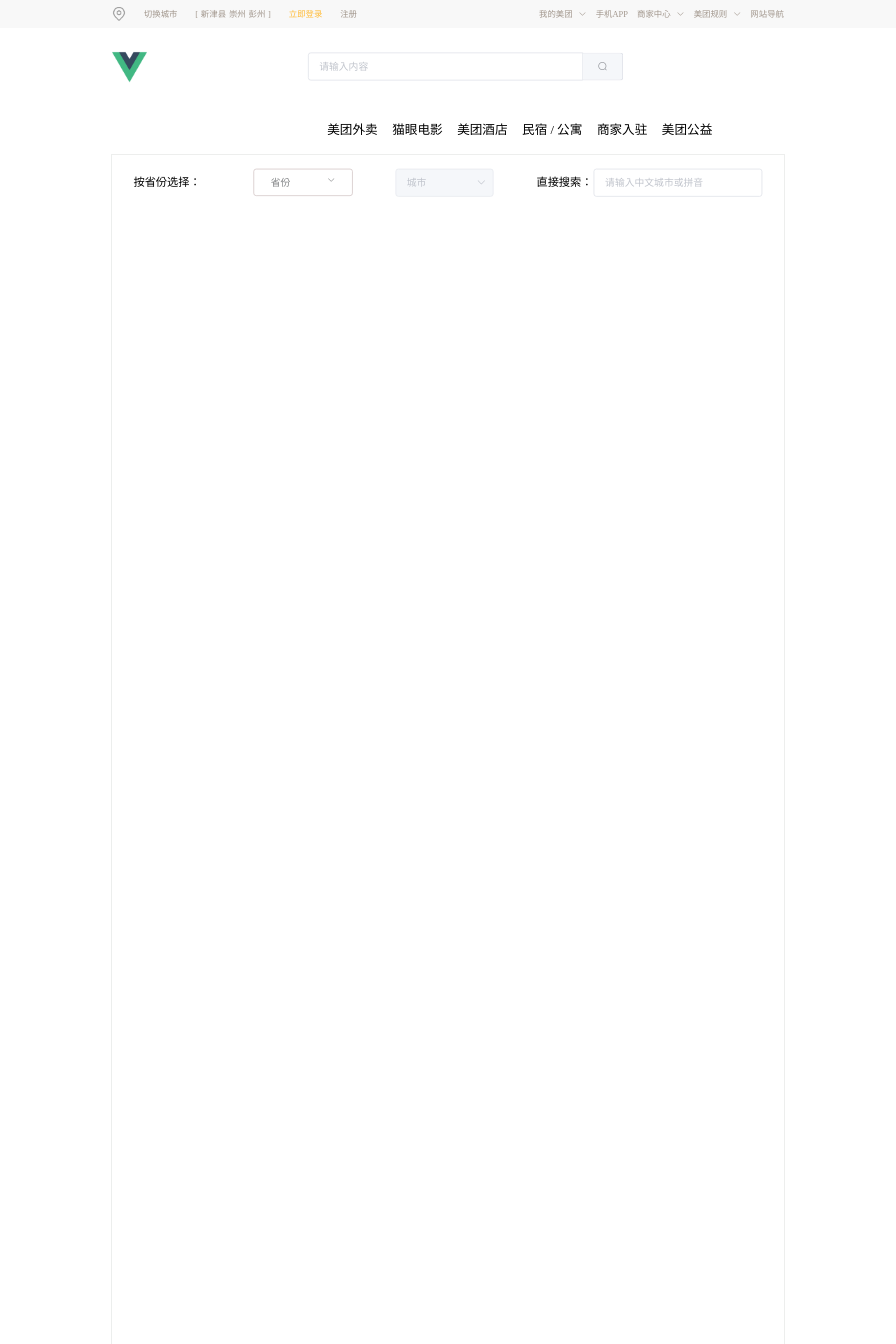
Repository: Wu-Tong-Xian/EasyMeituan
Page: /citySelection
The author's editor kept a copy of each file at every save. The page is drawn from the files as they stood at one save, then again after the next save.
The browser window is 1280 px wide. The pictures show the part of the page from y = 0 to 1920 px (the page is 2764 px tall), at 70% of full size.
The page's requests for data from a server got no answer. The project was rebuilt for these pictures with package versions that can differ from the ones it lists, and the page was loaded fresh each time. No one was signed in, and anything a server would have sent is missing. Also part of the build but not shown: vue.config.js, src/components/home/sortingRotations.vue, src/components/home/stylish.vue, src/views/Home.vue.

Above is the page before, as saved 2020-08-25 10:57:32.

After the next save:
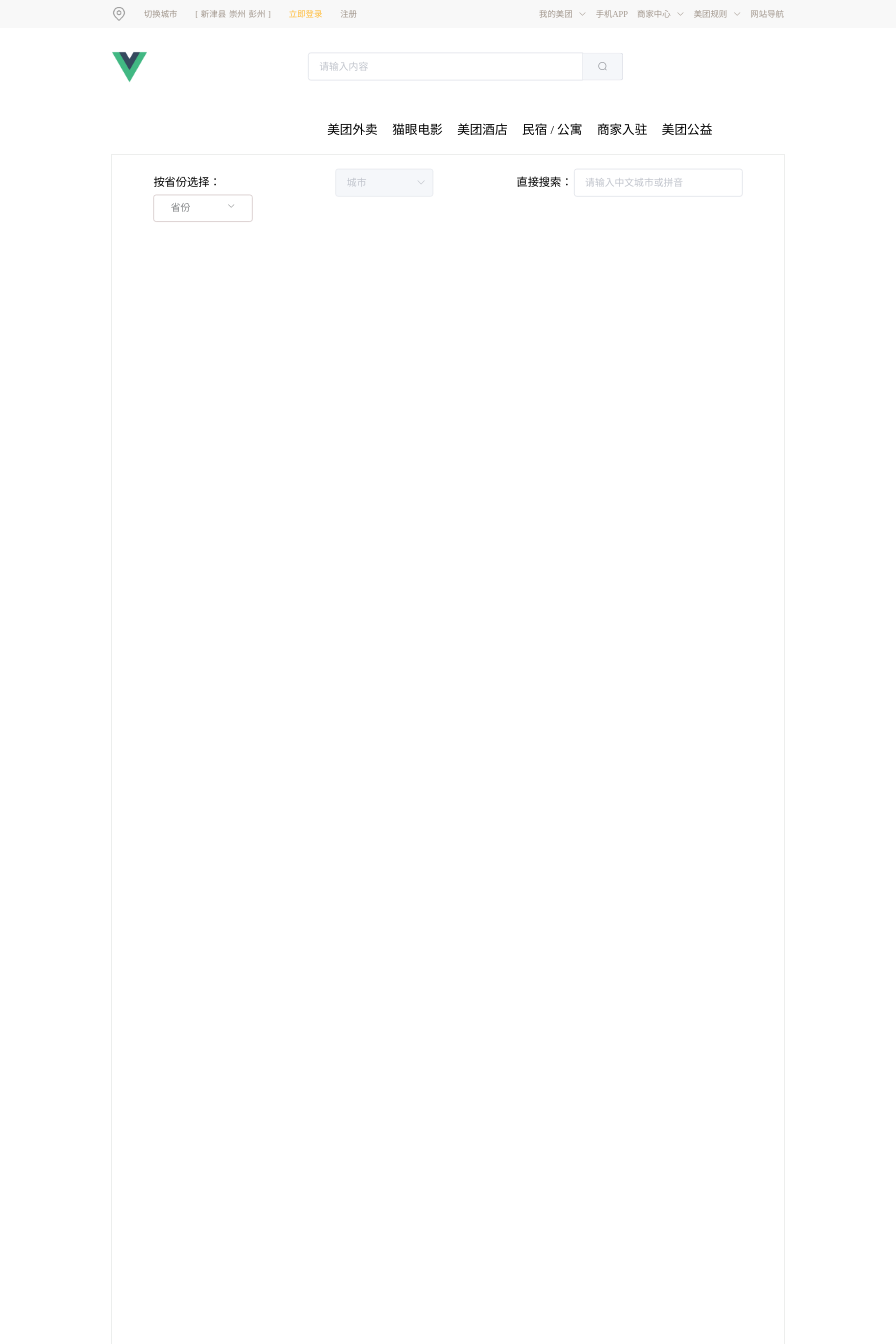
Saved 32 s later.
--- a/src/views/citySelection/citySelection.vue
+++ b/src/views/citySelection/citySelection.vue
@@ -2,26 +2,28 @@
 <div>
   <div class="w960">
     <div class="fl j-around mg-tb20">
-      <div class="box1">按省份选择：</div>
-      <el-row>
-        <el-col :span="12">
-          <el-dropdown trigger="click">
-            <span class="el-dropdown-link">
-              <div class="sf fl j-around">
-                <div>省份</div>
-                <i class="el-icon-arrow-down el-icon--right"></i>
-              </div>
-            </span>
-            <el-dropdown-menu slot="dropdown">
-              <div class="name-box fl-wrap fl">
-                <div v-for="item in province" :key="item.id " class>
-                  <div class="fz12 colg mg10">{{item.name}}</div>
+      <div>
+        <div class="box1">按省份选择：</div>
+        <el-row>
+          <el-col :span="12">
+            <el-dropdown trigger="click">
+              <span class="el-dropdown-link">
+                <div class="sf fl j-around">
+                  <div>省份</div>
+                  <i class="el-icon-arrow-down el-icon--right"></i>
                 </div>
-              </div>
-            </el-dropdown-menu>
-          </el-dropdown>
-        </el-col>
-      </el-row>
+              </span>
+              <el-dropdown-menu slot="dropdown">
+                <div class="name-box fl-wrap fl">
+                  <div v-for="item in province" :key="item.id " class>
+                    <div class="fz12 colg mg10">{{item.name}}</div>
+                  </div>
+                </div>
+              </el-dropdown-menu>
+            </el-dropdown>
+          </el-col>
+        </el-row>
+      </div>
       <div class="box2">
         <el-select v-model="value" disabled placeholder="城市"></el-select>
       </div>
@@ -42,8 +44,8 @@
   data() {
     return {
       province: [],
-      input: '',
-      value: ''
+      input: "",
+      value: "",
     };
   },
   methods: {
